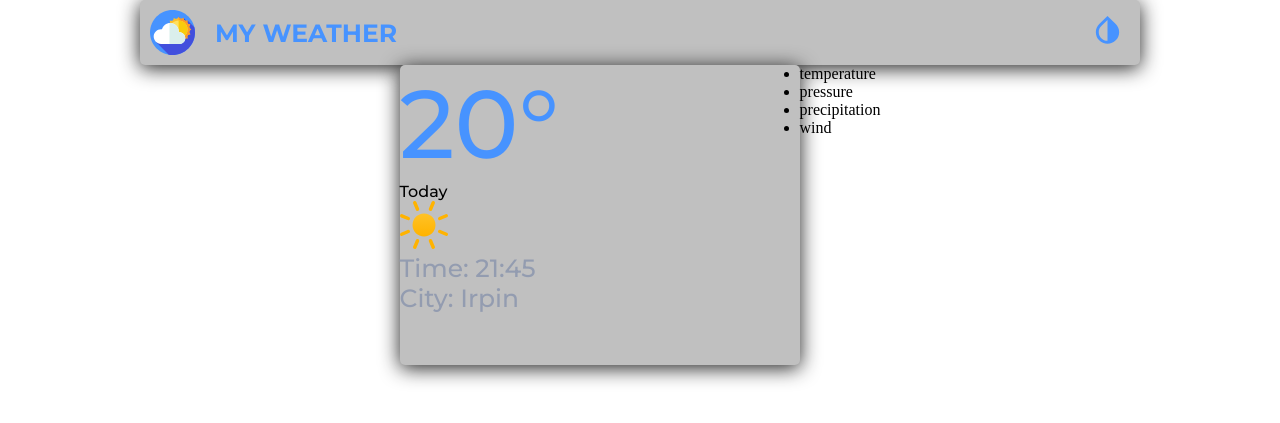
Repository: YuraKrvz/my_weather2
Page: /
These files come from the project's save history. The page is drawn as it stood at one moment and after the next save; the edit follows.
The browser window is 1280 px wide. The pictures show the whole page.
The project was rebuilt for these pictures with package versions that can differ from the ones it lists, and the page was loaded fresh each time.

Above is the page before, as saved 2022-01-25 18:20:41.

### src/index.css
@import url('https://fonts.googleapis.com/css2?family=Montserrat:wght@300;400;500;600;700&display=swap');
*,
*:after,
*:before{
  box-sizing: border-box;
  margin: 0;
  padding: 0;
}
body{
  background-color: var(--body-background);
}
:root{
  --color-default-blue: #4793FF;
}
.container{
  max-width: 1200px;
  margin: 0 auto;
  padding: 0 15px;
}
html[data-theme='true']{
  --body-background: #fff;
  --components-background: silver;
  --card-background: rgba(71, 147, 255, 0.2);
  --card-shadow: 0px 3px 20px rgba(5, 5, 5, 0.9);

  --text-color: #000;
}
html[data-theme='false']{
  --body-background: #0d1117;
  --components-background: #4f4f4f;
  --card-background: #2e3035;
  --card-shadow: 0px 3px 20px rgba(147, 144, 144, 0.9);
  --text-color: #fff;
}

### src/App.js
import Header from './components/Header/Header';
import MyWeather from './components/MyWeather/MyWeather';

export default function App() {

  return (
    <div className='container'>
     <Header />
     <MyWeather />

    </div>
  );
};

### src/components/header/Header.jsx
import React from 'react';
import useTheme from '../../hooks/useTheme';
import s from './Header.module.css';
import {GeneratorSvgIcon} from '../../assets/GeneratorSvgIcon.js';

export default function Header() {
  const {theme, setTheme} = useTheme();

  return (
   <header className={s.wrap__header}>
      <div className={s.inner}>
         <GeneratorSvgIcon className={s.logo__img} id='header-logo' />
         <h1 className={s.header__logo_text}>My weather</h1>
      </div>
      <span onClick={()=> setTheme(!theme)} >
         <GeneratorSvgIcon className={s.logo__img} id='change-theme'/>
      </span>
   </header>
  );
}

### src/components/MyWeather/MyWeather.jsx
import React from 'react';
import { GeneratorSvgIcon } from '../../assets/GeneratorSvgIcon';
import s from './MyWeather.module.css';

export default function MyWeather() {
  return (
   <section className={s.wrapper}>
      <div className={s.main}>
         <span>
            <span>
               <p className={s.temp__main}>20°</p>
               <p className={s.day}>Today</p>
            </span>
            <GeneratorSvgIcon id='sun' />
         </span>
         <p className={s.time}>Time: 21:45</p>
         <p className={s.city}>City: Irpin</p>
      </div>
      <div className={s.description}>
         <ul className={s.list}>
            <li className={s.temp__description}>temperature</li>
            <li className={s.pressure}>pressure</li>
            <li className={s.precipitation}>precipitation</li>
            <li className={s.wind}>wind</li>
         </ul>
      </div>
   </section>
  );
}

### src/hooks/useTheme.js
import {useState, useLayoutEffect} from 'react';

export default function useTheme() {
   const [theme, setTheme] = useState(true);

   useLayoutEffect( ()=>{
      document.documentElement.setAttribute('data-theme', theme);
   }, [theme] )

   return {theme, setTheme};
}

### src/components/header/Header.module.css
.wrap__header{
   display: flex;
   justify-content: space-between;
   align-items: center;
   background-color: var(--components-background);
   box-shadow: var(--card-shadow);
   border-radius: 5px;
   padding: 10px;
   margin: 0 auto;
   width: 1000px;
   height: 65px;
   left: 360px;
   top: 20px;
}
.inner{
   display: flex;
   align-items: center;
}
.logo__img{
   width: 45px;
}
.header__logo_text{
   margin-left: 20px;
   width: 230px;
   height: 30px;
   font-style: normal;
   font-weight: bold;
   font-size: 25px;
   line-height: 30px;
   text-transform: uppercase;
   font-family: Montserrat;
   color: var(--color-default-blue);
}
.button__theme{

}

### src/components/MyWeather/MyWeather.module.css
.wrapper{
   display: flex;
   justify-content: center;
}
.main{
   height: 300px;
   width: 400px;
   background-color: var(--components-background);
   box-shadow: var(--card-shadow);
   border-radius: 5px;
}
.main__inner{
   display: flex;
   justify-content: space-around;
}
.temp__main{
   width: 160px;
   height: 117px;
   font-family: Montserrat;
   font-style: normal;
   font-weight: 500;
   font-size: 96px;
   line-height: 117px;
   color: var(--color-default-blue);
}
.day{
   font-family: Montserrat;
   font-style: normal;
   font-weight: 500;
}
.time, .city{
   font-family: Montserrat;
   font-style: normal;
   font-weight: normal;
   font-size: 25px;
   line-height: 30px;
   color: #939CB0;
   font-weight: 500;
}
.city{}
.description{}
.list{}
.temp__description{}
.pressure{}
.precipitation{}
.wind{}

Loaded but not shown: public/index.html (common file); src/index.js (common file); src/assets/GeneratorSvgIcon.js (401 lines, source omitted)

After the next save:
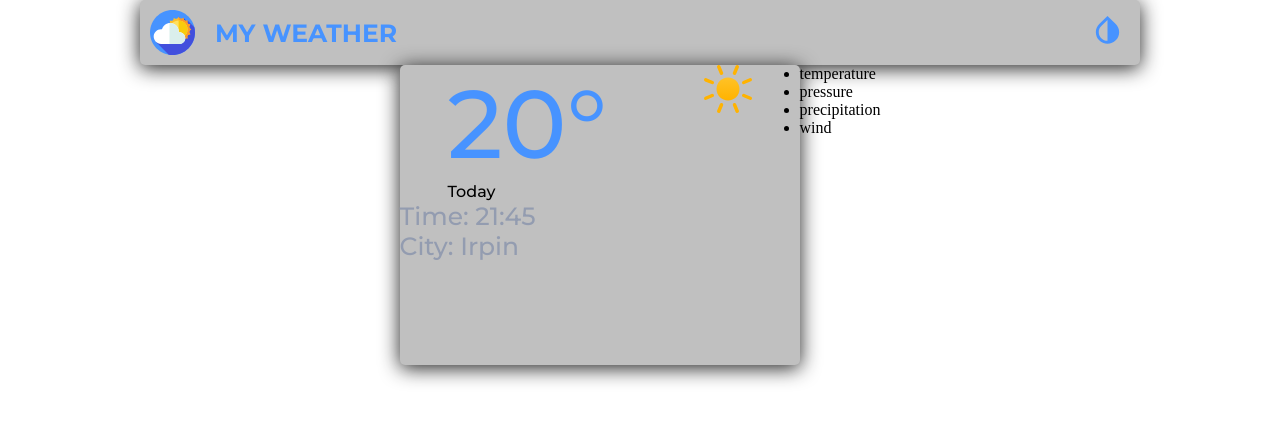
Saved 1 s later.
--- a/src/components/MyWeather/MyWeather.jsx
+++ b/src/components/MyWeather/MyWeather.jsx
@@ -6,7 +6,7 @@
   return (
    <section className={s.wrapper}>
       <div className={s.main}>
-         <span>
+         <span className={s.main__inner}>
             <span>
                <p className={s.temp__main}>20°</p>
                <p className={s.day}>Today</p>
